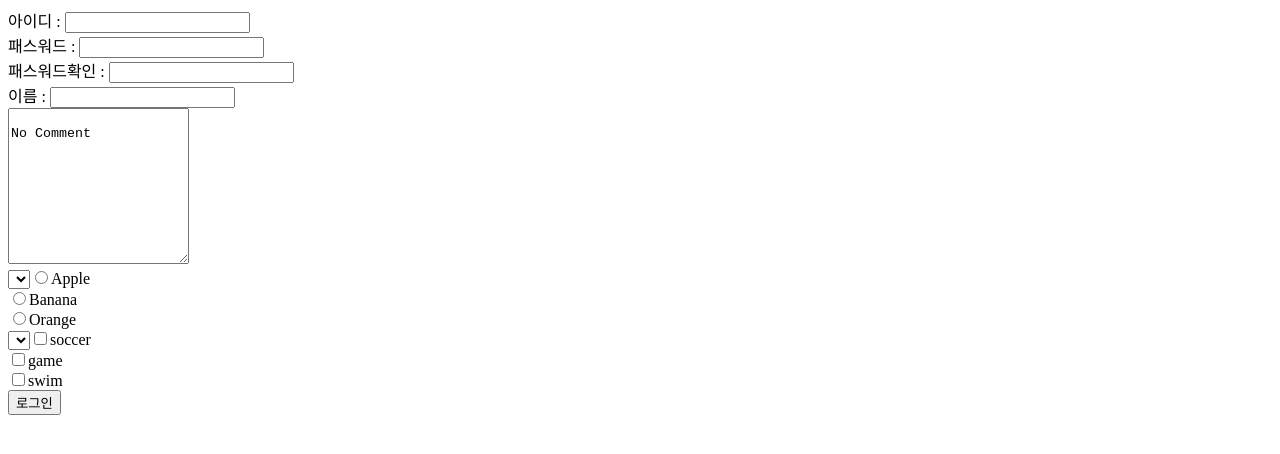
Repository: JeongYT/JSP
Page: jspproject/src/main/webapp/login.html
These files come from the project's save history. The page is drawn as it stood at one moment and after the next save; the edit follows.
The browser window is 1280 px wide. The pictures show the whole page.

Above is the page before, as saved 2023-07-06 07:45:05.

After the next save:
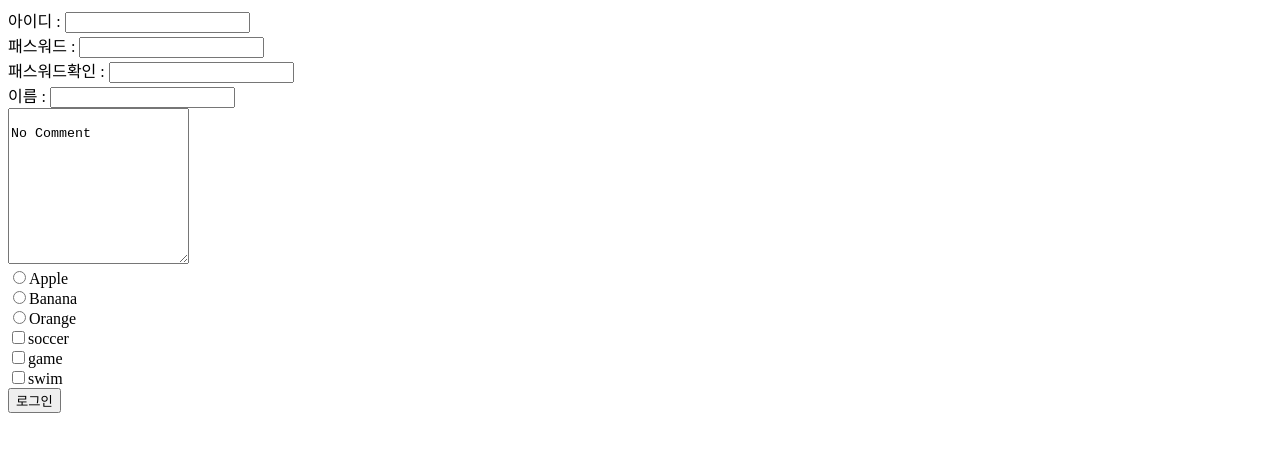
Saved 51 s later.
--- a/jspproject/src/main/webapp/login.html
+++ b/jspproject/src/main/webapp/login.html
@@ -13,16 +13,12 @@
 		<textarea name="comment" rows="10" cols="20">
 			No Comment
 		</textarea> <br>
-		<select>
-			<input type="radio" name="fruit" value="apple">Apple<br>
-			<input type="radio" name="fruit" value="banana">Banana<br>
-			<input type="radio" name="fruit" value="orange">Orange<br>
-		</select>
-		<select>
-			<input type="checkbox" name="hobby" value="soccer">soccer<br>
-			<input type="checkbox" name="hobby" value="game">game<br>
-			<input type="checkbox" name="hobby" value="swim">swim<br>
-		</select>
+		<input type="radio" name="fruit" value="apple">Apple<br>
+		<input type="radio" name="fruit" value="banana">Banana<br>
+		<input type="radio" name="fruit" value="orange">Orange<br>
+		<input type="checkbox" name="hobby" value="soccer">soccer<br>
+		<input type="checkbox" name="hobby" value="game">game<br>
+		<input type="checkbox" name="hobby" value="swim">swim<br>
 		<input type="submit" value="로그인">
 	</form>
 </body>
